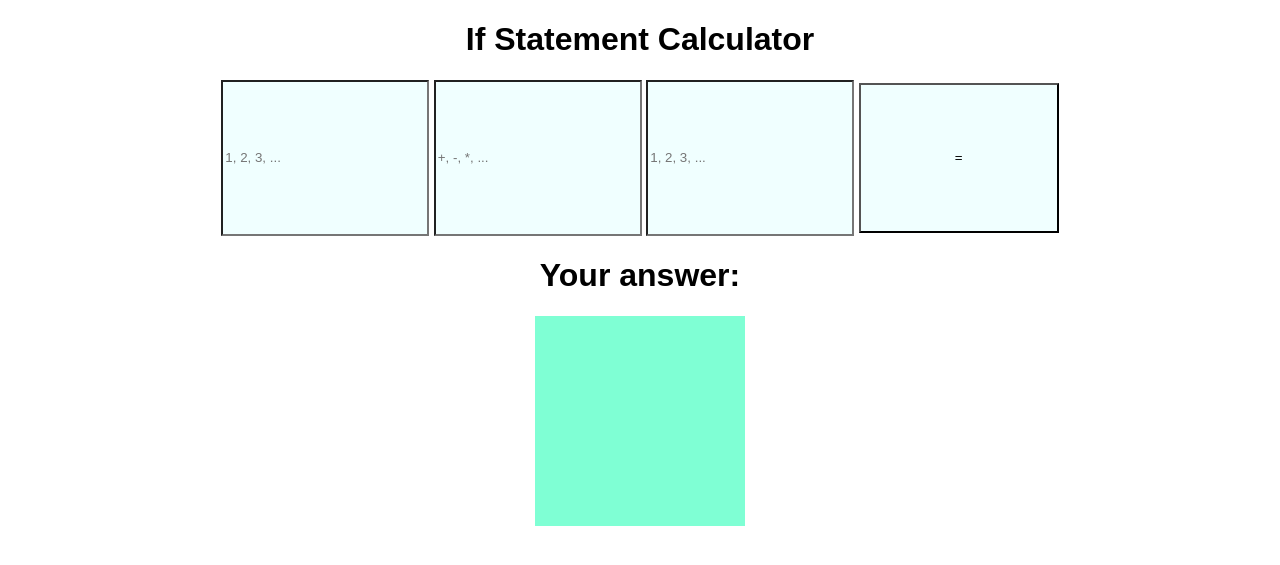
Repository: WesleyErasmus/threeInputCalculator
Page: html/if-calculator.html
An editor plug-in stored every save of this project. The page is shown before and after the next save, followed by the edit.
The browser window is 1280 px wide. The pictures show the whole page.

Above is the page before, as saved 2022-04-27 22:11:58.

After the next save:
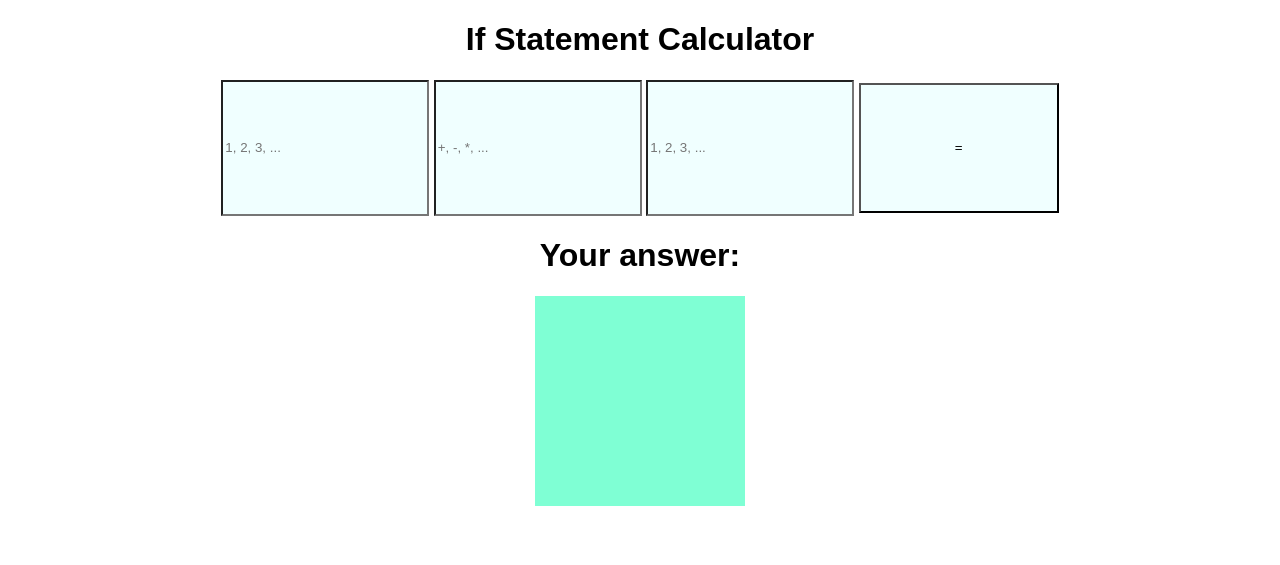
Saved 4 s later.
--- a/css/stylesheet.css
+++ b/css/stylesheet.css
@@ -7,7 +7,7 @@ margin: 0 auto;
 }
 input, button {
     width: 200px;
-    height: 150px;
+    height: 130px;
     background-color: azure;
 }
 /* .inputField {
